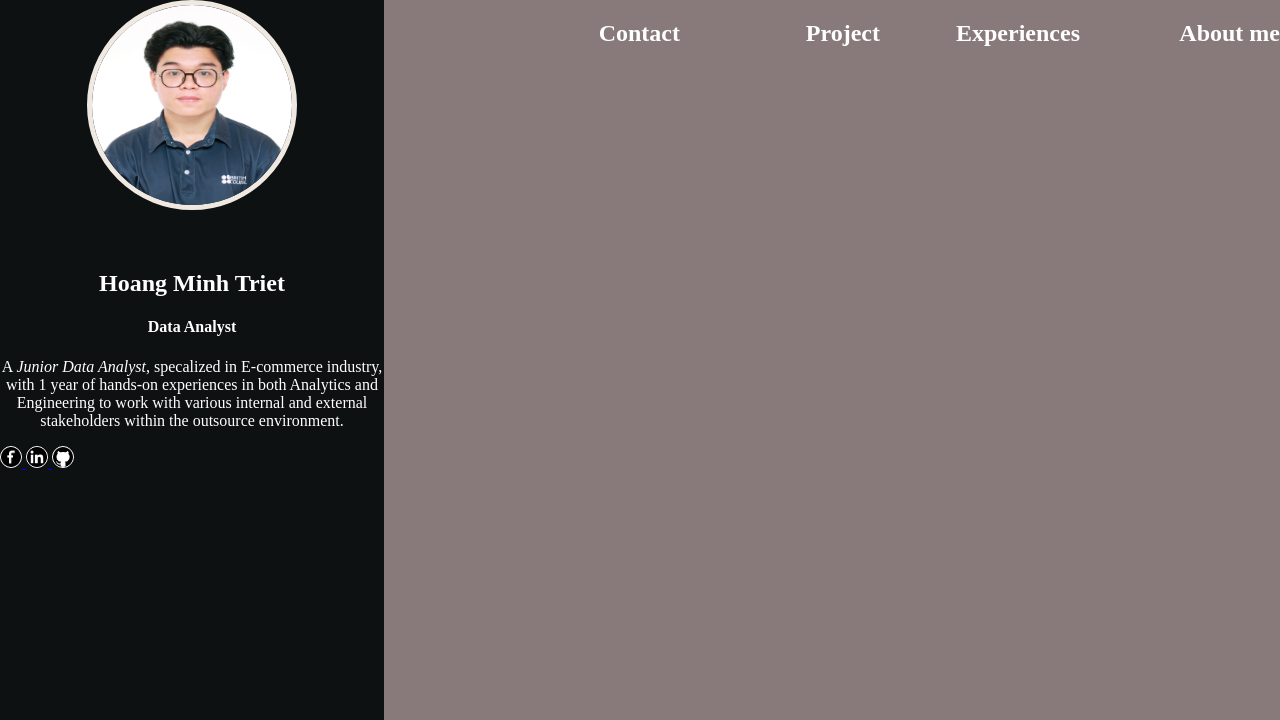
Repository: MinnTrit/personal_website
Page: http://localhost/
The author's editor kept a copy of each file at every save. The page is drawn from the files as they stood at one save, then again after the next save.
The browser window is 1280 px wide. The pictures show the whole page.
The page is served by the project's application, run on Flask 3 (app.py).

Above is the page before, as saved 2025-01-28 23:54:03.

### templates/index.html
<!DOCTYPE html>
<html lang="en">
<head>
    <meta charset="UTF-8">
    <meta name="viewport" content="width=device-width, initial-scale=1.0">
    <link rel="stylesheet" href="{{ url_for('static', filename='css/styles.css') }}">
    <title>Data Engineer - Hoang Minh Triet</title>
</head>
<body>
    <div class="sections">
        <section class="aboutMe">
            <h2>About me</h2>
        </section>
        <section class="experiences">
            <h2>Experiences</h2>
        </section>
        <section class="projects">
            <h2>Project</h2>
        </section>
        <section class="contact">
            <h2>Contact</h2>
        </section>
    </div>
    <div class="picture">
        <img src="{{ url_for('static', filename='imgs/personal_image.jpg') }}" alt="personalImage">
        <div class="pictureText">
            <h2>Hoang Minh Triet</h2>
            <h4>Data Analyst</h4>
            <p>A <em>Junior Data Analyst</em>, specalized in E-commerce industry, with 1 year of hands-on experiences in both Analytics and Engineering to work with various internal and external stakeholders within the outsource environment.</p>
        </div>
        <div class="information">
            <a href="https://www.facebook.com/minhtriet05042003/" target="_blank">
                <img class="facebook" src="{{ url_for('static', filename='imgs/facebook.jpg') }}" alt="facebook">
            </a>
            <a href="https://www.linkedin.com/in/minchit0504/" target="_blank">
                <img class="linkedin" src="{{ url_for('static', filename='imgs/linkedin-logo.png') }}" alt="linkedin">
            </a>
            <a href="https://www.linkedin.com/in/minchit0504/" target="_blank">
                <img class="github" src="{{ url_for('static', filename='imgs/github.png') }}" alt="github">
            </a>
        </div>
    </div>
</body>
</html>

### app.py
from flask import Flask, request, render_template
app = Flask(__name__)
app.debug=True
#Initialize common variables
@app.route('/', methods=['GET', 'POST'])
def index():
    if request.method == 'GET':
        return render_template('index.html')

if __name__ == '__main__':
    app.run(host='0.0.0.0', port=5002, debug=True)

### static/css/styles.css
html, body {
    height: 100%;
    margin: 0;
    color: white;
}

.picture {
    background-color:#0e1111;
    width: 30%;
    height: 100%;
}

.picture img {
    display: block;
    width: 200px;
    height: 200px;
    margin-left: auto;
    margin-right: auto;
    border-radius: 50%;
    border: 5px solid;
    border-color:#efe9e2;
}

.picture .pictureText {
    margin-top: 60px;
    text-align: center;
}

.sections {
    position: absolute;
    top: 0;
    right: 0;
    background-color:#887a7a;
    width: 70%;
    height: 100%;
}

.aboutMe {
    position: absolute;
    right: 0px;
}

.experiences {
    position: absolute;
    right: 200px;
}

.projects {
    position: absolute;
    right: 400px;
}

.contact {
    position: absolute;
    right: 600px;
}

.picture .information {

}

.information img {
    width: 20px;
    height: 20px;
    display: inline-block;
    border: 1px solid;
    border-color: white;
}

/* .information .facebook {
    position: absolute;
    border-radius: 60%;
    width: 30px;
    height: 30px;
    top: 220px;
    left: 100px;
    border: 1px solid;
    border-color: white;
}

.information .linkedin {
    position: absolute;
    border-radius: 60%;
    width: 30px;
    height: 30px;
    top: 220px;
    left: 50px;
    border: 1px solid;
    border-color: white;
}

.information .github {
    position: absolute;
    border-radius: 60%;
    width: 30px;
    height: 30px;
    top: 220px;
    left: 150px;
    border: 1px solid;
    border-color: white;
} */

After the next save:
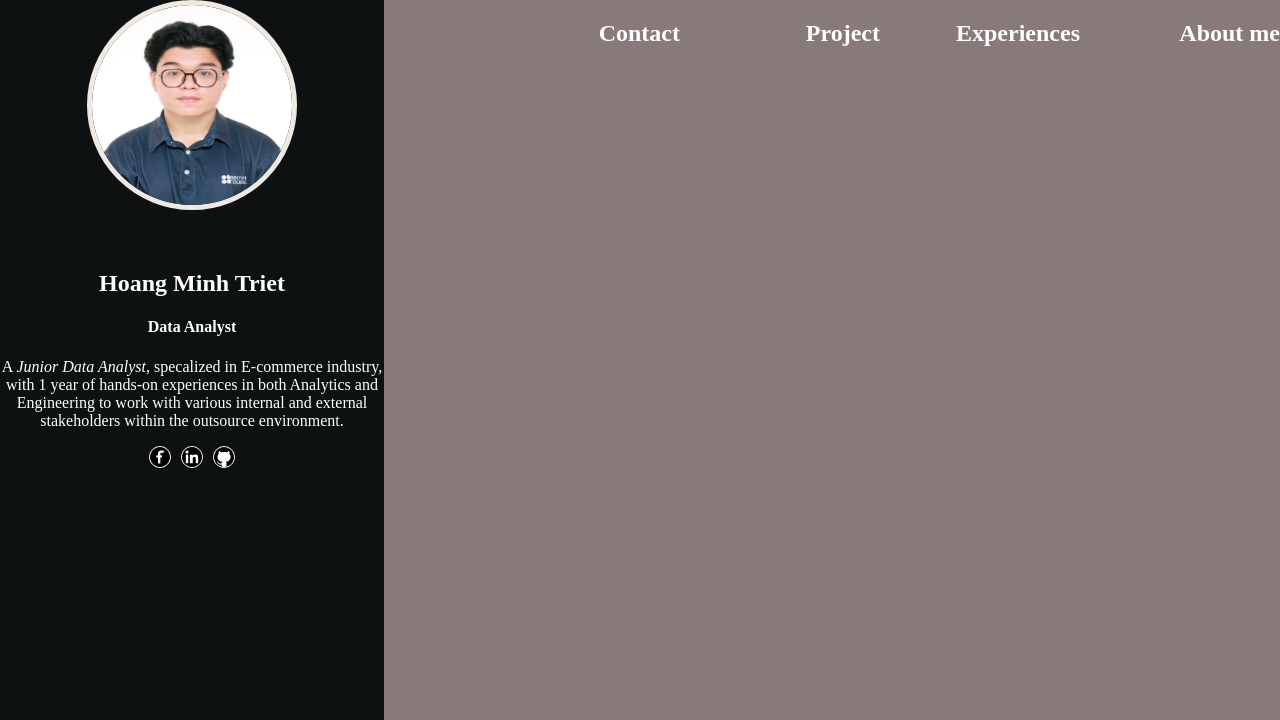
Saved 54 s later.
--- a/static/css/styles.css
+++ b/static/css/styles.css
@@ -59,6 +59,13 @@ html, body {
 
 }
 
+.information {
+    display: flex;
+    justify-content: center;
+    align-items: center;
+    gap: 10px;
+}
+
 .information img {
     width: 20px;
     height: 20px;
@@ -66,7 +73,6 @@ html, body {
     border: 1px solid;
     border-color: white;
 }
-
 /* .information .facebook {
     position: absolute;
     border-radius: 60%;
